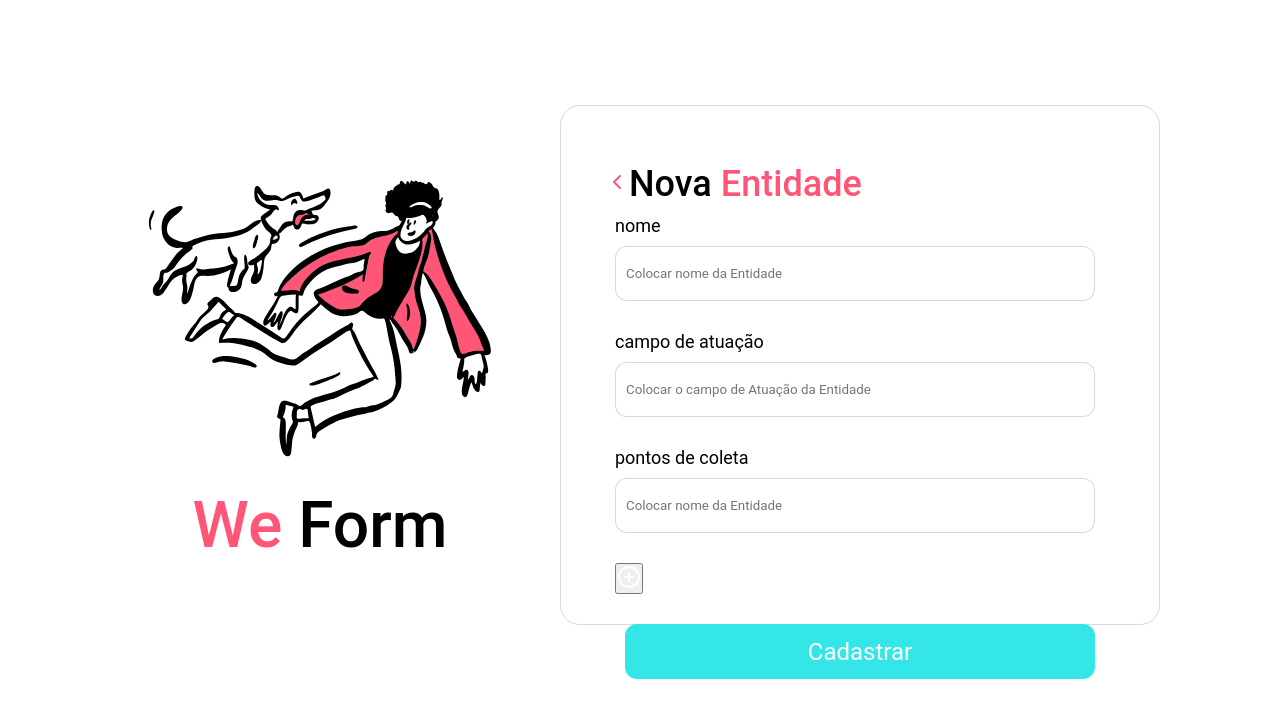
Repository: guilhermecardoso93/we-form
Page: nova-entidade.html
The author's editor kept a copy of each file at every save. The page is drawn from the files as they stood at one save, then again after the next save.
The browser window is 1280 px wide. The pictures show the whole page.
Some web libraries are served in a nearby version.

Above is the page before, as saved 2024-06-09 18:18:18.

### nova-entidade.html
<!DOCTYPE html>
<html lang="pt-BR">

<head>
    <meta charset="UTF-8">
    <meta name="viewport" content="width=device-width, initial-scale=1.0">
    <link rel="stylesheet" href="https://cdnjs.cloudflare.com/ajax/libs/font-awesome/5.13.1/css/all.min.css">
    <link rel="stylesheet" href="./styles.css">
    <title>We Form</title>
</head>

<body>
    <div class="content">

        <aside>
            <img src="./assets/hero.svg" alt="Ilustração mulher com cachorro" />
            <h1>
                <span>We</span> Form
            </h1>
        </aside>

        <main>
            <div class="header">
                <a href="/">
                    <img src="./assets/arrow-back.svg" alt="seta" />
                </a href="/">
                <h2>Nova <span>Entidade</span></h2>
            </div>

            <form>
                <label form="nome">Nome</label>
                <input type="text" placeholder="Colocar nome da Entidade" id="nome">

                <label form="field">Campo de Atuação</label>
                <input type="text" placeholder="Colocar o campo de Atuação da Entidade" id="field">

                <div>
                    <label form="points">Pontos de coleta</label>
                    <div class="points-things">
                        <input type="text" placeholder="Colocar nome da Entidade" id="points">
                        <button>
                    <img src="./assets/plus.svg" alt="" />
                </button>
                    </div>

                </div>
            </form>
            <div class="buttons">
                <button>
                <a href="http://">Cadastrar </a>
            </div>

        </main>
    </div>
</body>

</html>

### styles.css
* {
  padding: 0;
  margin: 0;
  box-sizing: border-box;
  font-family: Roboto, sans-serif;
}

:root {
  font-size: 62.5%;
  --border-color: .1rem solid rgba(0, 0, 0, 0.15);
}

body {
  font-size: 1.6rem;
  text-decoration: none;
}

.content {
  display: flex;
  flex-wrap: wrap-reverse;
  align-items: center;
  justify-content: center;
  gap: 4rem;
  margin: 10.5rem 0 4rem 0;
}


aside {
  display: flex;
  flex-direction: column;
  align-items: center;
  justify-content: center;
  gap: 2rem;
}

aside h1 {
  font-size: 6.4rem;
  font-weight: 500;
  line-height: 75px;
}

aside h1>span, main h2>span {
  color: #FF5678;
}

aside img {
  width: 40rem;
}


main {
  width: 60rem;
  height: 52rem;
  border: var(--border-color);
  border-radius: 20px;
  padding: 5.7rem 4.4rem;
}

main h2 {
  max-width: 43rem;
  font-size: 3.6rem;
  font-weight: 500;
}

.buttons {
  display: flex;
  flex-direction: column;
  justify-content: center;
  gap: 3.5rem;
  margin: 2rem;
}


.buttons button {
  background-color: #35e6e9;
  height: 5.5rem;
  border: none;
  border-radius: 12px;
}

.buttons button:hover {
  opacity: 0.5;
}

.buttons button a {
  text-decoration: none;
  color: #fff;
  font-size: 2.4rem;
}

.buttons button+button {
  background-color: #FF5678;
}

.footer {
  display: flex;
  flex-direction: column;
  align-items: center;
  justify-content: center;
  gap: 1rem;
}

.footer p {
  font-size: 1.6rem;
  margin-top: 8rem;
}

.footer a {
  font-size: 1.2rem;
  color: #000;
  text-decoration: none;
}

main form {
  display: flex;
  flex-direction: column;
  padding: 1rem;
}

main form input {
  width: 48rem;
  height: 5.5rem;
  background-color: #ffff;
  border: var(--border-color);
  border-radius: 12px;
  padding: 1rem;
  margin-bottom: 3rem;
}


main form label {
  font-size: 1.8rem;
  font-weight: 400;
  text-transform: lowercase;
  margin-bottom: 1rem;
  display: block;
}

.header {
  display: flex;
  align-items: center;
}

### assets/arrow-back.svg
<svg xmlns="http://www.w3.org/2000/svg" width="24" height="24" viewBox="0 0 24 24" fill="none" stroke="#FF5678" stroke-width="2" stroke-linecap="round" stroke-linejoin="round" class="lucide lucide-chevron-left"><path d="m15 18-6-6 6-6"/></svg>

### assets/plus.svg
<svg xmlns="http://www.w3.org/2000/svg" width="24" height="24" viewBox="0 0 24 24" fill="none" stroke="#fff" stroke-width="2" stroke-linecap="round" stroke-linejoin="round" class="lucide lucide-circle-plus"><circle cx="12" cy="12" r="10"/><path d="M8 12h8"/><path d="M12 8v8"/></svg>

After the next save:
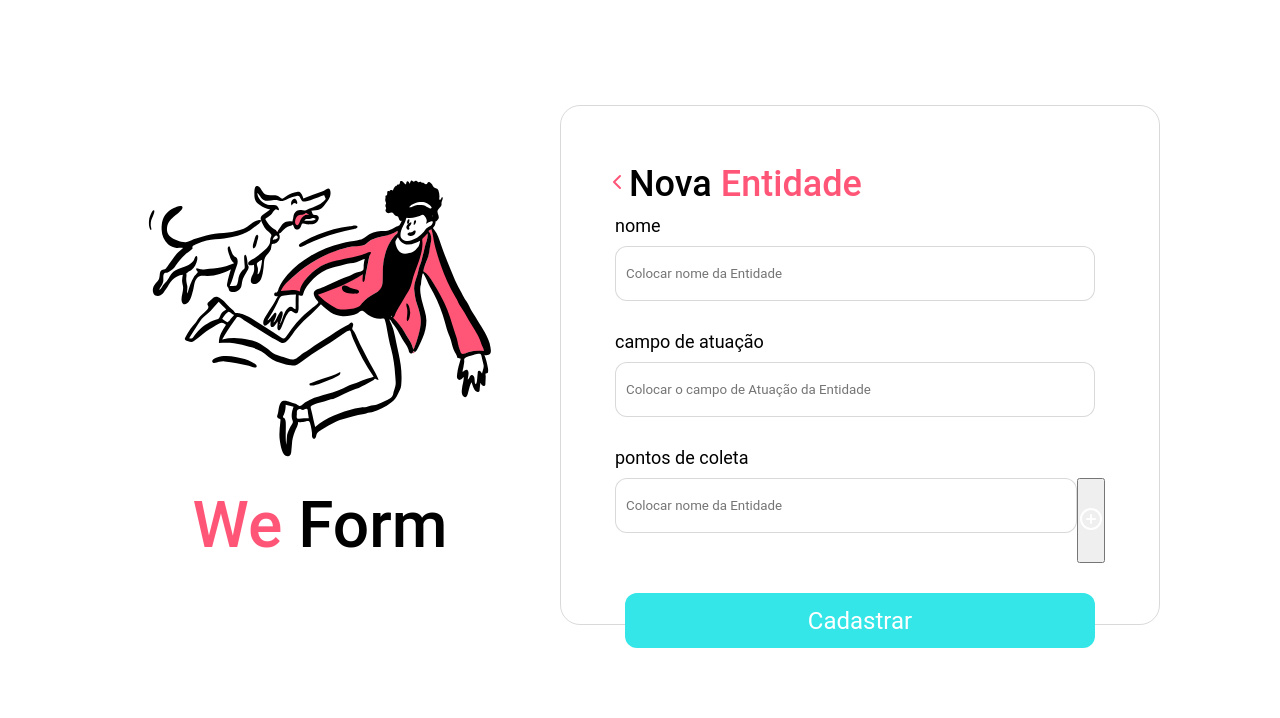
Saved 11 s later.
--- a/styles.css
+++ b/styles.css
@@ -140,3 +140,7 @@ main form label {
   display: flex;
   align-items: center;
 }
+
+.points-things {
+  display: flex;
+}
